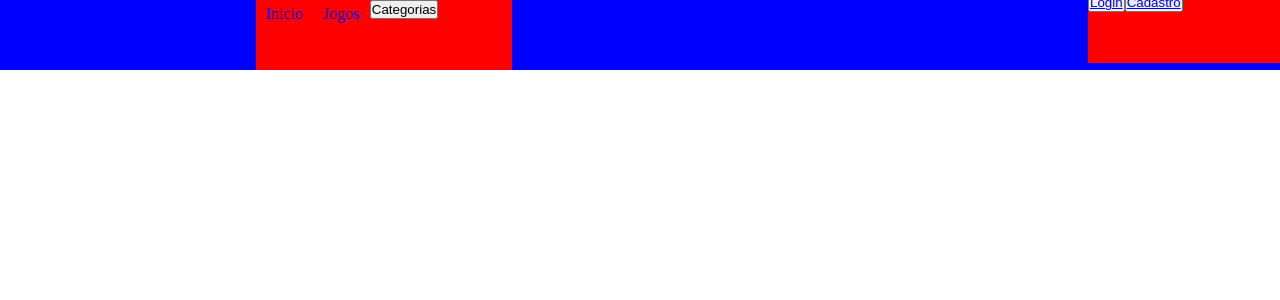
Repository: MarcoantonioCaldeira/Projeto-Go-Gamming
Page: /
These files come from the project's save history. The page is drawn as it stood at one moment and after the next save; the edit follows.
The browser window is 1280 px wide. The pictures show the whole page.
The project was rebuilt for these pictures with package versions that can differ from the ones it lists, and the page was loaded fresh each time. Also part of the build but not shown: src/pages/Inicio/estilo.css, src/pages/rodape/rodape.js, src/pages/Inicio/Inicio.js, src/pages/Jogos/Jogos.js, src/pages/Categorias/Acao.js, src/pages/Categorias/Aventura.js, src/pages/Categorias/Arcades.js, src/pages/Categorias/Familia.js and 7 more.

Above is the page before, as saved 2023-02-05 14:07:33.

### src/App.js
import ReactDOM from "react-dom/client";
import "./fonts/Poppins.ttf";
import { BrowserRouter, Routes, Route } from "react-router-dom";

import Menu from "./pages/Menu/Menu";
import Inicio from "./pages/Inicio/Inicio";

//Categorias
import Jogos from "./pages/Jogos/Jogos";
import Acao from "./pages/Categorias/Acao";
import Aventura from "./pages/Categorias/Aventura";
import Arcades from "./pages/Categorias/Arcades";
import Familia from "./pages/Categorias/Familia";
import Independentes from "./pages/Categorias/Independentes";
import Jogos_RPG from "./pages/Categorias/Jogos_RPG";
import Gratuitos from "./pages/Categorias/Gratuitos";
import Terror from "./pages/Categorias/Terror";
import Suspence from "./pages/Categorias/Suspence";


import Login from "./pages/Login/Login";
import Cadastro from "./pages/Cadastro/Cadastro";

function App() {
  return (
   <BrowserRouter>
    <Routes>
      <Route path="/" element={<Menu />}>
        <Route path="Inicio" element={<Inicio />}/>
        <Route path="jogos" element={< Jogos />}/>
          <Route path="Acao" element={<Acao />}/>
          <Route path="Aventura" element={<Aventura />}/>
          <Route path="Arcades" element={<Arcades />}/>
          <Route path="Familia" element={<Familia />}/>
          <Route path="Independentes" element={<Independentes />}/>
          <Route path="Jogos_RPG" element={<Jogos_RPG />}/>
          <Route path="Gratuitos" element={<Gratuitos />}/>
          <Route path="Terror" element={<Terror />}/>
          <Route path="Suspence" element={<Suspence />}/>
        <Route path="Login" element={<Login />}/>
        <Route path="Cadastro" element={<Cadastro />}/>
      </Route>
    </Routes>
   </BrowserRouter>
  );
}

const root = ReactDOM.createRoot(document.getElementById('root'))
root.render(<App />);
export default App;

### src/pages/Menu/Menu.js
import { Outlet, Link } from "react-router-dom";
import './estilo.css';


const Menu = () => {
  return (
      <>
        <nav id="nav_bar">
          <ul id="menu">
            <li>
              <Link to="./Inicio">Inicio</Link>
            </li>
            <li>
              <Link to="./Jogos">Jogos</Link>
            </li>
            <div class="dropdown" >
              <button class="dropbtn">Categorias</button>
                  <div class="dropdown-content">
                    <a><Link to="./Acao">Ação</Link></a>
                    <a><Link to="./Aventura">Aventura</Link></a>
                    <a><Link to="./Arcades">Arcades</Link></a>
                    <a><Link to="./Familia">Familia</Link></a>
                    <a><Link to="./Independentes">Independetes</Link></a>
                    <a><Link to="./Jogos_RPG">Jogos_RPG</Link></a>
                    <a><Link to="./Gratuitos">Gratuitos</Link></a>
                    <a><Link to="./Terror">Torror</Link></a>
                    <a><Link to="./Suspence">Suspence</Link></a>
                  </div>
            </div>
          </ul>
          <div id="area_cliente">
            <button><Link to="./Login">Login</Link></button>
            <button><Link to="./Cadastro">Cadastro</Link></button>
          </div>
        </nav>
        <Outlet />
      </>
  )
};

export default Menu;

### src/pages/Menu/estilo.css

*{
    margin: 0;
    padding: 0;
}

/* a, ul{
    display: inline;
    color: white;
    text-decoration: none !important;
    font-family: Arial;
} */


#nav_bar{
    width: 100%;
    height: 70px;
    background-color: blue;
}


#menu{
    width:20%;
    height: 70px;
    margin-left: 20%;
    background-color: red;
    list-style:none;
}

#nav_bar li{
    position:relative;
    float:left;
}

#nav_bar li a{ text-decoration:none; padding:5px 10px; display:block;}

/* DropDown Button */

.dropdown {
    position: relative;
    display: inline-block;
}


.dropbtn {
    /* background-color: #4CAF50; */
    /* color: white; */
    /* padding: 16px; */
    /* font-size: 16px; */
    /* border: none; */
    /* cursor: pointer; */
}


.dropdown-content {
    display: none;
    position: absolute;
    background-color: #f9f9f9;
    font-weight: 500;
    font-family: 'Montserrat', sans-serif;;
    min-width: 160px;
    box-shadow: 0px 8px 16px 0px rgba(0,0,0,0.2);
    z-index: 1;
  }

  .dropdown-content a {
    color: black;
    padding: 12px 16px;
    text-decoration: none;
    display: block;
  }

  .dropdown-content a:hover {background-color: #f1f1f1}


  .dropdown:hover .dropdown-content {
    display: block;
  }

  /* Area do Cliente */

  #area_cliente{
    position: relative;
    width: 15%;
    margin-left: 85%;
    margin-top: -6%;
    height: 70px;
    background-color: red;
  }

Loaded but not shown: public/index.html (common file); src/index.js (common file); src/reportWebVitals.js (common file)

After the next save:
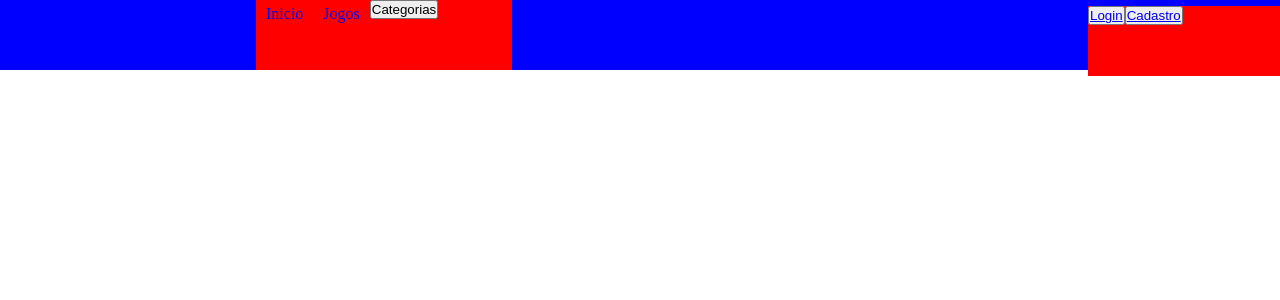
Saved 4 s later.
--- a/src/pages/Menu/estilo.css
+++ b/src/pages/Menu/estilo.css
@@ -83,7 +83,7 @@
     position: relative;
     width: 15%;
     margin-left: 85%;
-    margin-top: -6%;
+    margin-top: -5%;
     height: 70px;
     background-color: red;
   }
